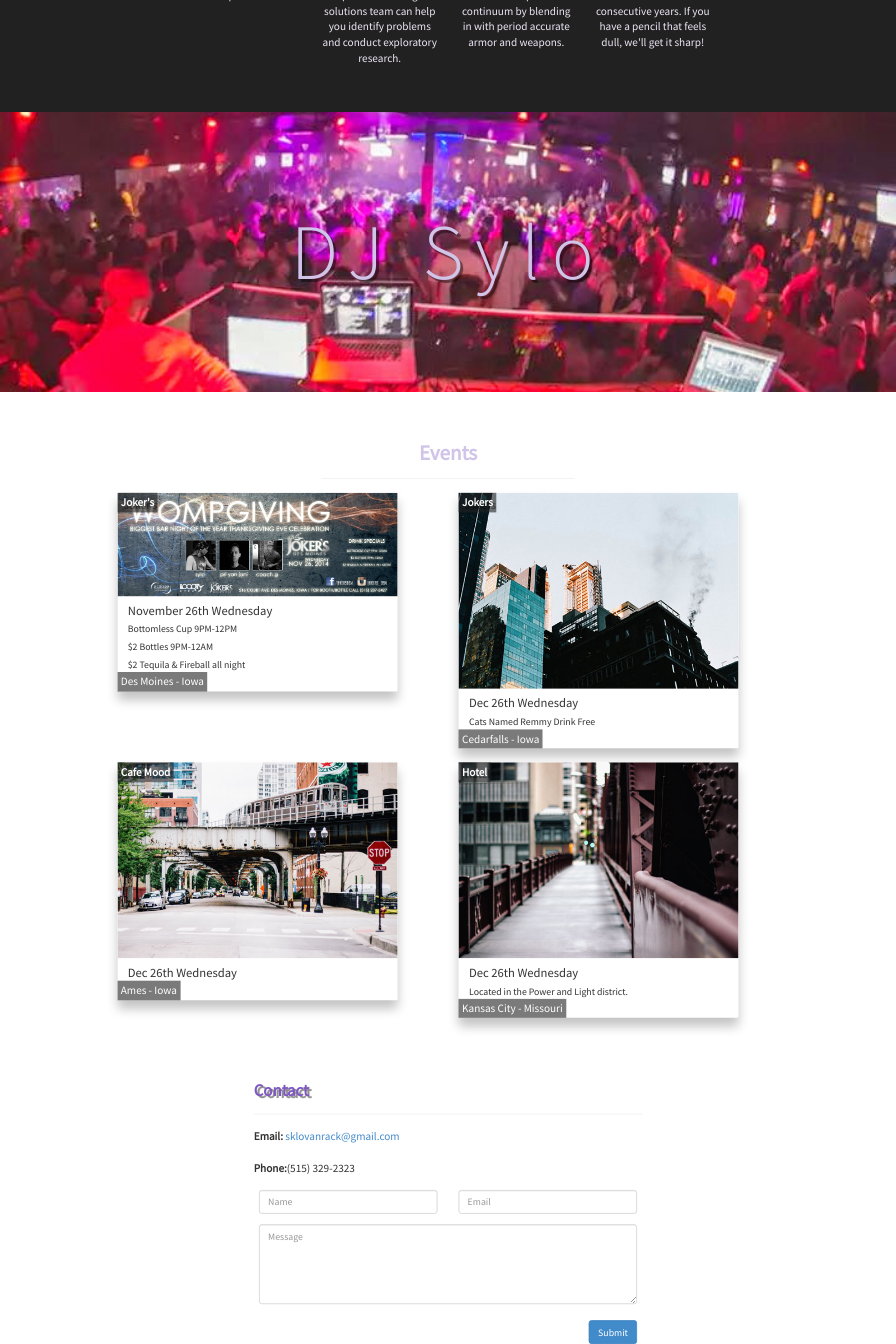
Repository: BambooXLotus/DjSylo
Page: client/index.html
The author's editor kept a record of every edit. The page is drawn from the files as they stood at one moment, then again after the next edit.
The browser window is 1280 px wide. The pictures show the part of the page from y = 1960 to 3880 px (the page is 4290 px tall), at 70% of full size.
Some icons come from a web library that is not loaded, so they are not drawn. Backgrounds fixed to the window are drawn as part of the page. Some web libraries are served in a nearby version.

Above is the page before.

### client/index.html
<!DOCTYPE html>
<html lang="en">

<head>
    <meta charset="utf-8">
    <meta name="viewport" content="width=device-width, initial-scale=1.0">
    <meta name="description" content="">
    <meta name="author" content="">
    <title>DJ Sylo</title>
    <!-- Bootstrap core CSS
        -->
    <link href="css/bootstrap.css" rel="stylesheet">
    <!-- Add custom CSS here -->
    <link href="css/stylish-portfolio.css" rel="stylesheet">
    <link href="//maxcdn.bootstrapcdn.com/font-awesome/4.1.0/css/font-awesome.min.css" rel="stylesheet">
    <link href="css/nanogallery.min.css" rel="stylesheet" type="text/css">
</head>

<body>
    <!-- Side Menu -->
    <nav class="navbar navbar-fixed-top navbar-inverse" role="navigation">
        <div class="container">
            <div class="navbar-header">
                <button type="button" class="navbar-toggle" data-toggle="collapse" data-target=".navbar-ex1-collapse">
                    <span class="sr-only">Toggle navigation</span>
                    <span class="icon-bar"></span>
                    <span class="icon-bar"></span>
                    <span class="icon-bar"></span>
                </button>
                <a class="navbar-brand" href="#top">DJ Sylo</a>
            </div>
            <!-- Collect the nav links, forms, and other content for toggling -->
            <div class="collapse navbar-collapse navbar-ex1-collapse">
                <ul class="nav navbar-nav">
                    <li>
                        <a href="#top">Home</a>
                    </li>
                    <li>
                        <a href="#about">Bio</a>
                    </li>
                    <li>
                        <a href="#gallery">Gallery</a>
                    </li>
                    <li>
                        <a href="#services">Services</a>
                    </li>
                    <li>
                        <a href="#portfolio">Events</a>
                    </li>
                    <li>
                        <a href="#portfolio">Discography</a>
                    </li>
                    <li>
                        <a href="#contact">Contact</a>
                    </li>
                </ul>
            </div>
            <!-- /.navbar-collapse -->
        </div>
        <!-- /.container -->
    </nav>
    <!-- /Side Menu -->
    <!-- Full Page Image Header Area -->
    <div id="top" class="header">
        <div class="vert-text">
            <div class="hero">
                <a href="#contact"><h1>DJ Sylo</h1></a>
            </div>
        </div>
    </div>
    <!-- /Full Page Image Header Area -->
    <!-- Intro -->
    <div id="about" class="about">
        <div class="container">
            <div class="row">
                <div class="col-md-3 col-md-offset-1">
                    <img class="img-circle img-responsive circle-shadow" src="img/portrait-sm.jpg">
                </div>
                <div class="col-md-6 col-xs-12">
                    <div class="panel panel-default dialog">
                        <div class="panel-heading">
                            <h3>DJ Sylo</h3>
                        </div>
                        <div class="panel-body">
                            <h4>Kansas City, MO</h4>
                            <p>Style: Electronic, Pop, Hip hop.</p>
                            <p>Inpsirations: Calvin Harris, Zedd, Adventure CLub.</p>
                            <p>Musical flavor, stage presence, and a feel for the crowd, DJ Sylo's unique taste and style of music has touched dancefloors across Iowa, as well as the 2012 515 Alive electronic music festival. Sylo's presence is gaining notoriety
                                in both the club and the electronic dance music scene. Armed with her Numark NS7, DJ Sylo is now a member of iParty Crew's Sonic Crystals, a division created by Pri yon Joni; as well as a frequent booked artist by DJ Raj's
                                Eclipse Entertainment.</p>
                            <p>If you would like information on booking please contact me at <a href="sklovanrack@gmail.com">sklovanrack@gmail.com</a>
                            </p>
                        </div>
                    </div>
                </div>
            </div>
        </div>
    </div>
    <!-- /Intro -->
    <!-- Gallery -->
    <div id="gallery" class="gallery">
        <div class="container">
            <div class="row">
                <div class="col-md-6 col-md-offset-3 text-center">
                    <h2>Gallery</h2>
                    <hr>
                </div>
            </div>
            <div class="row">
                <div class="col-md-10 col-md-offset-1 col-xs-12 text-center">
                    <div id="nanoGallery2"></div>
                </div>
            </div>
        </div>
    </div>
    <!-- /Gallery -->
    <!-- Services -->
    <div id="services" class="services">
        <div class="container">
            <div class="row">
                <div class="col-md-4 col-md-offset-4 text-center">
                    <h2>Our Services</h2>
                    <hr>
                </div>
            </div>
            <div class="row">
                <div class="col-md-offset-3 col-md-6">
                    <iframe width="100%" height="166" scrolling="no" frameborder="no" src="https://w.soundcloud.com/player/?url=https%3A//api.soundcloud.com/tracks/160960689&amp;color=ff5500&amp;auto_play=false&amp;hide_related=false&amp;show_comments=true&amp;show_user=true&amp;show_reposts=false"></iframe>
                </div>
            </div>
            <div class="row">
                <div class="col-md-2 col-md-offset-2 text-center">
                    <div class="service-item">
                        <i class="service-icon fa fa-rocket"></i>
                        <h4>Special Events</h4>
                        <p>6 hours of Djing, turn tables and sattelite speaker.</p>
                    </div>
                </div>
                <div class="col-md-2 text-center">
                    <div class="service-item">
                        <i class="service-icon fa fa-magnet"></i>
                        <h4>Problem Solving</h4>
                        <p>Need to know how magnets work? Our problem solving solutions team can help you identify problems and conduct exploratory research.</p>
                    </div>
                </div>
                <div class="col-md-2 text-center">
                    <div class="service-item">
                        <i class="service-icon fa fa-shield"></i>
                        <h4>Blacksmithing</h4>
                        <p>Planning a time travel trip to the middle ages? Preserve the space time continuum by blending in with period accurate armor and weapons.</p>
                    </div>
                </div>
                <div class="col-md-2 text-center">
                    <div class="service-item">
                        <i class="service-icon fa fa-pencil"></i>
                        <h4>Pencil Sharpening</h4>
                        <p>We've been voted the best pencil sharpening service for 10 consecutive years. If you have a pencil that feels dull, we'll get it sharp!</p>
                    </div>
                </div>
            </div>
        </div>
    </div>
    <!-- /Services -->
    <!-- Callout -->
    <div class="callout">
        <div class="vert-text">
            <h1>DJ Sylo</h1>
        </div>
    </div>
    <!-- /Callout -->
    <!-- Portfolio -->
    <div id="portfolio" class="portfolio">
        <div class="container">
            <div class="row">
                <div class="col-md-4 col-md-offset-4 text-center">
                    <h2>Events</h2>
                    <hr>
                </div>
            </div>
            <div class="row">
                <div class="col-md-5 col-md-offset-1">
                    <div class="panel card fixed-card">
                        <div class="card-heading">
                            <h3 class="panel-title">Joker's</h3>
                            <h4 class="panel-title stickyBottom">Des Moines - Iowa</h4>
                            <a href="https://www.facebook.com/jokersdsm">
                                <img class="img-portfolio img-responsive" src="img/Events/wompgiving2014.jpg">
                            </a>
                        </div>
                        <div class="panel-body">
                            <h4>November 26th Wednesday</h4>
                            <h5>Bottomless Cup 9PM-12PM</h5>
                            <h5>$2 Bottles 9PM-12AM</h5>
                            <h5>$2 Tequila & Fireball all night</h5>
                        </div>
                    </div>
                </div>
                <div class="col-md-5">
                    <div class="panel card fixed-card">
                        <div class="card-heading">
                            <h3 class="panel-title">Jokers</h3>
                            <h4 class="panel-title stickyBottom">Cedarfalls - Iowa</h4>
                            <img class="img-portfolio img-responsive" src="img/portfolio-2.jpg">
                        </div>
                        <div class="panel-body">
                            <h4>Dec 26th Wednesday</h4>
                            <h5>Cats Named Remmy Drink Free</h5>
                        </div>
                    </div>
                </div>
            </div>
            <div class="row">
                <div class="col-md-5 col-md-offset-1">
                    <div class="panel card fixed-card">
                        <div class="card-heading">
                            <h3 class="panel-title">Cafe Mood</h3>
                            <h4 class="panel-title stickyBottom">Ames - Iowa</h4>
                            <img class="img-portfolio img-responsive" src="img/portfolio-3.jpg">
                        </div>
                        <div class="panel-body">
                            <h4>Dec 26th Wednesday</h4>
                        </div>
                    </div>
                </div>
                <div class="col-md-5">
                    <div class="panel card fixed-card">
                        <div class="card-heading">
                            <h3 class="panel-title">Hotel</h3>
                            <h4 class="panel-title stickyBottom">Kansas City - Missouri</h4>
                            <img class="img-portfolio img-responsive" src="img/portfolio-4.jpg">
                        </div>
                        <div class="panel-body">
                            <h4>Dec 26th Wednesday</h4>
                            <h5>Located in the Power and Light district.</h5>
                        </div>
                    </div>
                </div>
            </div>
        </div>
    </div>
    <!-- /Portfolio -->
    <!-- Map -->
    <div id="contact">
        <div class="container">
            <div class="row">
                <div class="col-md-6 col-md-offset-3">
                    <h3>Contact</h3>
                    <hr>
                    <address>
                            <strong>Email:</strong>
                            <a href="mailto:#">sklovanrack@gmail.com</a>
                            <br>
                            <br>
                            <strong>Phone:</strong>(515) 329-2323</address>
                </div>
            </div>
            <div>
                <div class="col-md-6 col-md-offset-3 contact-form">
                    <form id="contact" method="post" class="form" role="form">
                        <div class="row">
                            <div class="col-xs-6 col-md-6 form-group">
                                <input class="form-control" id="name" name="name" placeholder="Name" type="text" />
                            </div>
                            <div class="col-xs-6 col-md-6 form-group">
                                <input class="form-control" id="email" name="email" placeholder="Email" type="email" required />
                            </div>
                        </div>
                        <textarea class="form-control" id="message" name="message" placeholder="Message" rows="5"></textarea>
                        <br />
                        <div class="row">
                            <div class="col-xs-12 col-md-12 form-group">
                                <button class="btn btn-primary pull-right" type="submit">Submit</button>
                            </div>
                        </div>
                    </form>
                </div>
            </div>
        </div>
    </div>
    <!-- /Map -->
    <!-- Footer -->
    <footer>
        <div class="container">
            <div class="row">
                <div class="col-md-6 col-md-offset-3 text-center">
                    <ul class="list-inline">
                        <li>
                            <a class="fa fa-facebook fa-3x" href="https://www.facebook.com/DJSyloSonicCrystals"></a>
                        </li>
                        <li>
                            <i class="fa fa-twitter fa-3x"></i>
                        </li>
                        <li>
                            <i class="fa fa-instagram fa-3x"></i>
                        </li>
                        <li>
                            <a class="fa fa-soundcloud fa-3x" href="https://soundcloud.com/bambooproduction/sets"></a>
                        </li>
                    </ul>
                    <div class="top-scroll">
                        <a href="#top"><i class="fa fa-circle-arrow-up scroll fa-4x"></i></a>
                    </div>
                    <hr>
                    <p>Copyright &copy; Bamboo Lotus 2014</p>
                </div>
            </div>
        </div>
    </footer>
    <!-- /Footer -->
    <!-- JavaScript -->
    <script src="js/jquery-1.10.2.js"></script>
    <script src="js/bootstrap.js"></script>

    <!-- nanoGALLERY plugin files -->
    <script type="text/javascript" src="js/jquery.nanogallery.min.js"></script>
    <!-- Custom JavaScript for the Side Menu and Smooth Scrolling
        -->
    <script>
        $("#menu-close").click(function(e) {
            e.preventDefault();
            $("#sidebar-wrapper").toggleClass("active");
        });
    </script>
    <script>
        $("#menu-toggle").click(function(e) {
            e.preventDefault();
            $("#sidebar-wrapper").toggleClass("active");
        });
    </script>
    <script>
        $(function() {
            $('a[href*=#]:not([href=#])').click(function() {
                if (location.pathname.replace(/^\//, '') == this.pathname.replace(/^\//, '') || location.hostname == this.hostname) {

                    var target = $(this.hash);
                    target = target.length ? target : $('[name=' + this.hash.slice(1) + ']');
                    if (target.length) {
                        $('html,body').animate({
                            scrollTop: target.offset().top
                        }, 1000);
                        return false;
                    }
                }
            });

            $("#nanoGallery2").nanoGallery({
                thumbnailWidth: 'auto',
                thumbnailHeight: 200,
                userID: 'derensomsanith@gmail.com',
                kind: 'picasa',
                album: '6020738059883313137',
                colorSchemeViewer: 'light',
                thumbnailHoverEffect: [{
                    name: 'labelAppear75',
                    duration: 300
                }],
                thumbnailGutterWidth: 1,
                thumbnailGutterHeight: 1,
                i18n: {
                    thumbnailImageDescription: 'View Photo',
                    thumbnailAlbumDescription: 'Open Album'
                },
                thumbnailLabel: {
                    display: true,
                    position: 'overImageOnMiddle',
                    align: 'center'
                },
                photoSorting: 'random',
                lazyBuild: 'none',
                lazyBuildTreshold: 300
            });
        });

        (function(i, s, o, g, r, a, m) {
            i['GoogleAnalyticsObject'] = r;
            i[r] = i[r] || function() {
                (i[r].q = i[r].q || []).push(arguments)
            }, i[r].l = 1 * new Date();
            a = s.createElement(o),
                m = s.getElementsByTagName(o)[0];
            a.async = 1;
            a.src = g;
            m.parentNode.insertBefore(a, m)
        })(window, document, 'script', '//www.google-analytics.com/analytics.js', 'ga');

        ga('create', 'UA-56532059-1', 'auto');
        ga('send', 'pageview');
    </script>
</body>

</html>

### client/css/stylish-portfolio.css
/* Global Styles */

@import url(http://fonts.googleapis.com/css?family=Source+Sans+Pro:100,200,300,400);

html,
body {
  height: 100%;
  width: 100%;
  font-family: 'Source Sans Pro', sans-serif;
  font-size: 16px;
}

h1 {
  color: #D1C4E9;
  text-shadow: 4px 4px 1px rgba(0, 0, 0, 0.45);
}

h1 a:link {
    text-decoration: none;
}

h2 {
  color: #D1C4E9;
  font-weight: bold;
}

h3 {
  color: #7E57C2;
  text-shadow: 4px 4px 1px rgba(0, 0, 0, 0.45);
  font-weight: bold;
}
.vert-text {
  display: table-cell;
  vertical-align: middle;
  text-align: center;
}
.vert-text h1 {
  padding: 0;
  margin: 0;
  font-size: 4.5em;
  font-weight: 300;
  letter-spacing: .15em;
  font-size: 7em;
}
/* Side Menu */

.nav {
  background-color: #212121;
  text-transform: uppercase;
  letter-spacing: .1em;
  font-size: 1em;
  font-weight: 300;
}
#sidebar-wrapper {
  margin-right: -250px;
  right: 0;
  width: 250px;
  background: #000;
  position: fixed;
  height: 100%;
  overflow-y: auto;
  z-index: 1000;
  -webkit-transition: all 0.4s ease 0s;
  -moz-transition: all 0.4s ease 0s;
  -ms-transition: all 0.4s ease 0s;
  -o-transition: all 0.4s ease 0s;
  transition: all 0.4s ease 0s;
}
.sidebar-nav {
  position: absolute;
  top: 0;
  width: 250px;
  list-style: none;
  margin: 0;
  padding: 0;
}
.sidebar-nav li {
  line-height: 40px;
  text-indent: 20px;
}
.sidebar-nav li a {
  color: #999999;
  display: block;
  text-decoration: none;
}
.sidebar-nav li a:hover {
  color: #fff;
  background: rgba(255, 255, 255, 0.2);
  text-decoration: none;
}
.sidebar-nav li a:active,
.sidebar-nav li a:focus {
  text-decoration: none;
}
.sidebar-nav > .sidebar-brand {
  height: 55px;
  line-height: 55px;
  font-size: 18px;
}
.sidebar-nav > .sidebar-brand a {
  color: #999999;
}
.sidebar-nav > .sidebar-brand a:hover {
  color: #fff;
  background: none;
}
#menu-toggle {
  top: 0;
  right: 0;
  position: fixed;
  z-index: 1;
}
#sidebar-wrapper.active {
  right: 250px;
  width: 250px;
  -webkit-transition: all 0.4s ease 0s;
  -moz-transition: all 0.4s ease 0s;
  -ms-transition: all 0.4s ease 0s;
  -o-transition: all 0.4s ease 0s;
  transition: all 0.4s ease 0s;
}
.toggle {
  margin: 5px 5px 0 0;
}
/* Full Page Image Header Area */

.header {
  display: table;
  height: 100%;
  width: 100%;
  position: relative;
  background: url(../img/DJSyloJumbotron.jpeg) no-repeat center center fixed;
  -webkit-background-size: cover;
  -moz-background-size: cover;
  -o-background-size: cover;
  background-size: cover;
}
/* Intro */

.intro {
  padding: 50px 0;
}
/* About */

.about {
  background: #EDE7F6;
  padding: 50px 0;
}

/* Gallery */
.gallery{
  background: #212121;
}
/* Services */
.services {
  background: #212121;
  padding: 50px 0;
  color: #EDE7F6;
}
.service-item {
  margin-bottom: 15px;
}
i.service-icon {
  border: 3px solid #ffffff;
  border-radius: 50%;
  display: inline-block;
  font-size: 56px;
  width: 140px;
  height: 140px;
  line-height: 136px;
  vertical-align: middle;
  text-align: center;
}
/* Callout */

.callout {
  color: #ffffff;
  display: table;
  height: 400px;
  width: 100%;
  background: url(../img/callout_DJSylo.jpeg) no-repeat center center fixed;
  -webkit-background-size: cover;
  -moz-background-size: cover;
  -o-background-size: cover;
  background-size: cover;
}
/* Portfolio */

.portfolio {
  padding: 50px 0;
}
.portfolio-item {
  margin-bottom: 25px;
}
.img-portfolio {
  margin: 0 auto;
}

/* Map */

.map {
  height: 500px;
}
/* Footer */

footer {
  padding: 100px 0;
}
.top-scroll {
  margin-top: 50px;
}
.top-scroll a {
  text-decoration: none;
  color: inherit;
}
i.scroll {
  color: #333333;
}
i.scroll:hover {
  color: #0a5175;
}
/* Responsive */

@media (max-width: 868px) {
  .header {
    background: url(../img/DJSyloJumbotron.jpeg) no-repeat center center scroll;
  }
  .callout {
    background: url(../img/callout_DJSylo.jpeg) no-repeat center center scroll;
  }
  .map {
    height: 75%;
  }
}
html,
body {
  height: 100%;
}
.carousel,
.item,
.active {
  height: 100%;
}
.carousel-inner {
  height: 100%;
}
.fill {
  width: 100%;
  height: 100%;
  background-position: center;
  background-size: cover;
}
/* faster sliding speed */

.carousel-inner > .item {
  -webkit-transition: 0.3s ease-in-out left;
  -moz-transition: 0.3s ease-in-out left;
  -o-transition: 0.3s ease-in-out left;
  transition: 0.3s ease-in-out left;
}
/* keep full widget on smaller screens */

@media (max-width: 767px) {
  body {
    padding-left: 0;
    padding-right: 0;
  }
}
#galleryContainer {
  background: #DDD;
  max-width: 1000px;
  max-height: 500px;
}
.item img {
  width: 50%;
}
.item.w2 {
  width: 25%;
}
.circle-shadow {
  box-shadow: 0 19px 38px rgba(0, 0, 0, 0.30);
}
/* Card, Dialog */

.card,
.dialog {
  border-radius: 2px;
  border: 0px;
  position: relative;
  display: inline-block;
  vertical-align: top;
  background-color: #fff;
  box-shadow: 0 12px 15px 0 rgba(0, 0, 0, 0.24);
}
.fixed-card {
  max-width: 400px;
  max-height: 400px;
}
.panel:hover .panel-title {
  background: #e91e63;
}
.panel-title {
  position: absolute;
  background: rgba(34, 34, 34, 0.6);
  color: White;
  padding: 5px;
  z-index: 3;
  -webkit-transition: all .6s ease-in-out;
  -moz-transition: all .6s ease-in-out;
  -o-transition: all .6s ease-in-out;
  -ms-transition: all .6s ease-in-out;
  transition: all .6s ease-in-out;
}
.panel-default > .panel-heading {
  border-radius: 0;
  background: transparent;
  border: 0px;
}
.panel-heading {
  padding: 0px 15px;
}
.panel-body {
  padding: 0px 15px;
  padding-bottom: 20px;
}
.card-heading {
  border-radius: 0;
  background: transparent;
  overflow: hidden;
  padding: 0px;
  border-bottom: 0px;
}
.stickyBottom {
  position: absolute;
  bottom: 0;
  left: 0;
}

Loaded but not shown: client/css/bootstrap.css (library); client/css/nanogallery.min.css (library); client/js/jquery-1.10.2.js (library); client/js/bootstrap.js (library); client/js/jquery.nanogallery.min.js (library)

After the next edit:
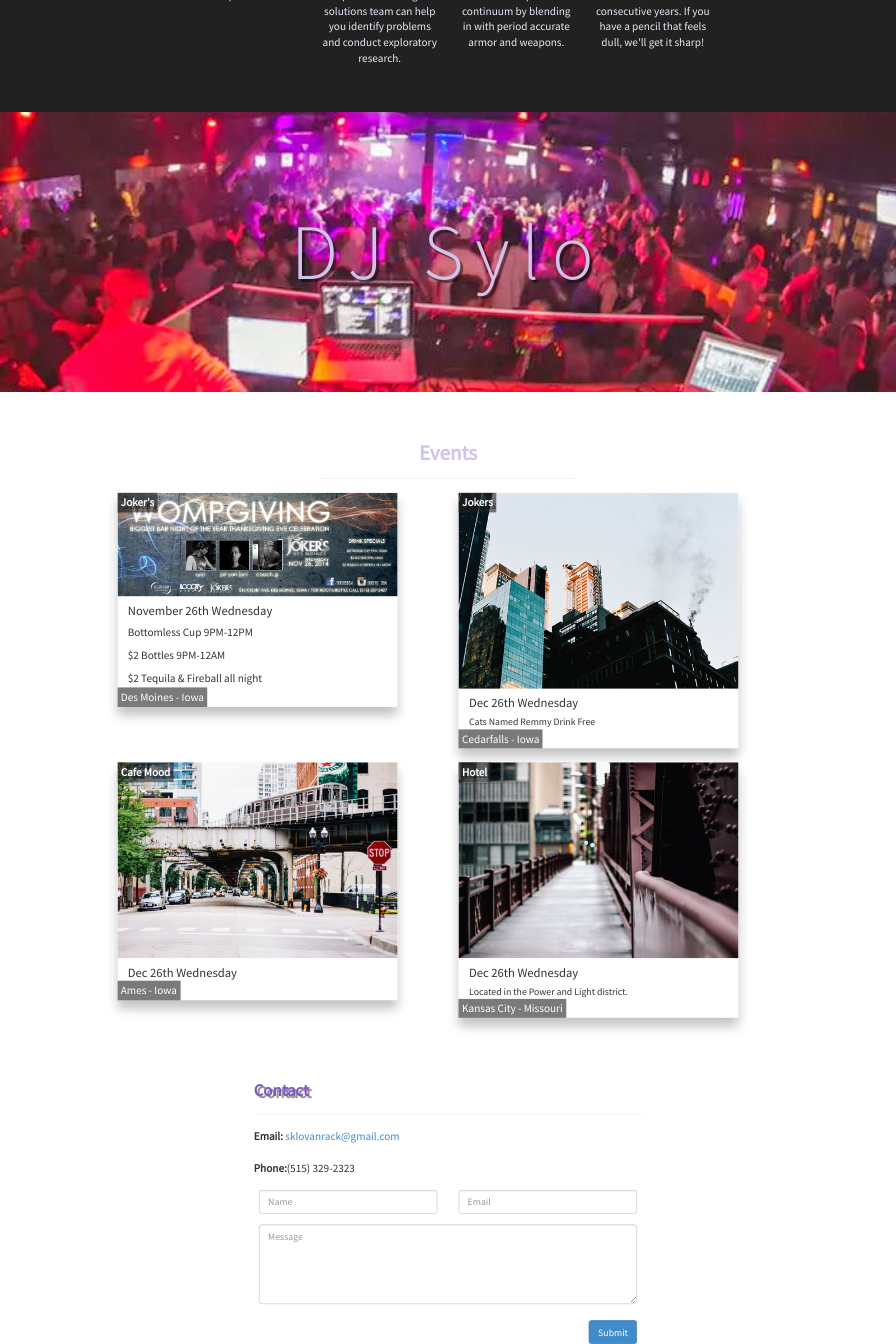
The edit:
--- a/client/index.html
+++ b/client/index.html
@@ -189,9 +189,9 @@
                         </div>
                         <div class="panel-body">
                             <h4>November 26th Wednesday</h4>
-                            <h5>Bottomless Cup 9PM-12PM</h5>
-                            <h5>$2 Bottles 9PM-12AM</h5>
-                            <h5>$2 Tequila & Fireball all night</h5>
+                            <p>Bottomless Cup 9PM-12PM</p>
+                            <p>$2 Bottles 9PM-12AM</p>
+                            <p>$2 Tequila & Fireball all night</p>
                         </div>
                     </div>
                 </div>
